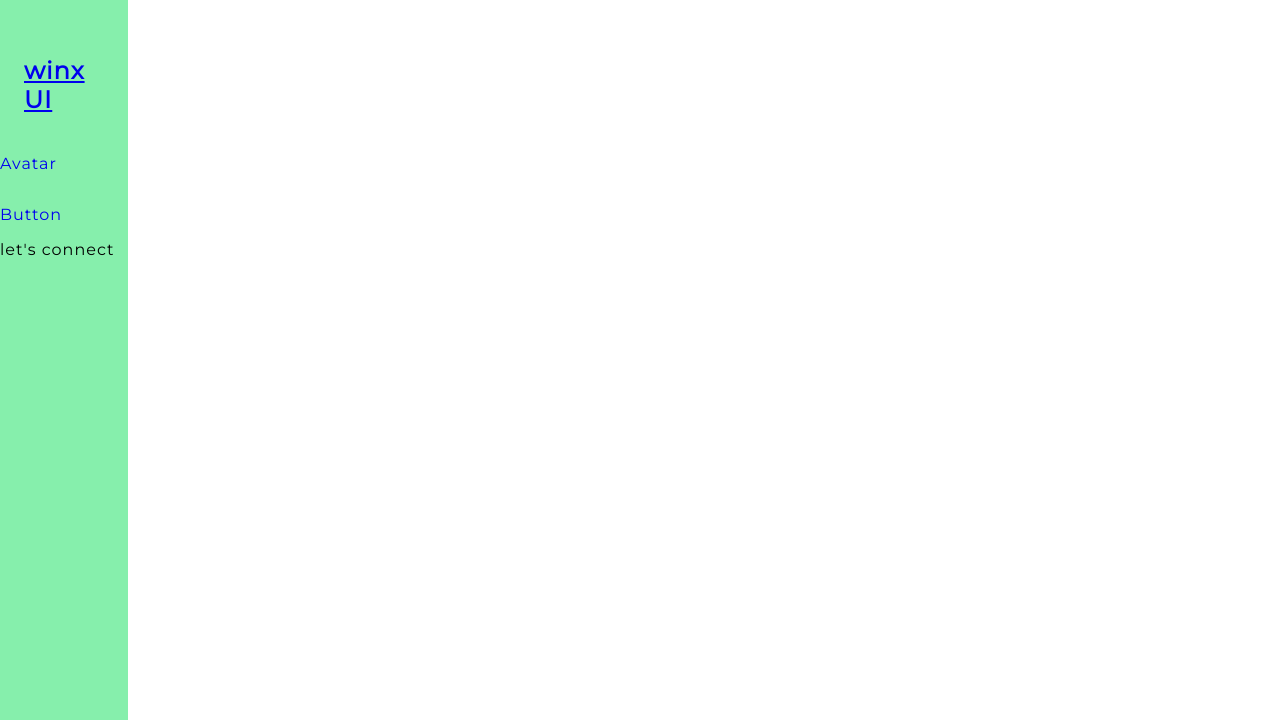
Repository: Anasooya2601/Components_UI
Page: main/main.html
The author's editor kept a copy of each file at every save. The page is drawn from the files as they stood at one save, then again after the next save.
The browser window is 1280 px wide. The pictures show the whole page.

Above is the page before, as saved 2022-02-12 01:03:19.

### main/main.html
<!DOCTYPE html>
<html lang="en">
<head>
    <meta charset="UTF-8">
    <meta http-equiv="X-UA-Compatible" content="IE=edge">
    <meta name="viewport" content="width=device-width, initial-scale=1.0">
    <title>main</title>
    <link rel="stylesheet" href="main.css">
</head>
<body>
    <!-- main -->
   <div class="main-container">
       <div class="navbar-wrapper">

           <div class="nav">
               <div class="navbar-header">
               <div class="logo">
                   <a href="/index.html"></a>
                </div>
               </div>
           </div>

       <!-- topics -->
       <a href="/main/main.html" class="text">winx UI</a>
       <div class="navbar-main">
           <a href="/components/Avatar/index.html">Avatar</a>
           <a href="/components/Button/button.html">Button</a>
       </div>
       <!-- footer -->
       <div class="footer">
           <div class="footer-text">
               <p>let's connect</p>
           </div>
       </div>
       </div>
   </div>
</body>
</html>

### main/main.css
@import url('https://fonts.googleapis.com/css2?family=Montserrat&display=swap');
*{
    margin: 0;
    padding: 0;
    box-sizing: border-box;
}

body{
    letter-spacing: 1px;
}

/* color variable */
:root{
    font-family: 'Montserrat', sans-serif;
    font-weight: 400;
    --main-color:#fca5a5;
    --green:#86efac;
}

/* logo */
.logo{
    display: flex;
    justify-content: center;
}

.logo a{
    color: var(--main-color);
    font-size: 2.5rem;
    display: flex;
    align-items: flex-end;
}




.main-container{
    display: flex;
}

.text{
    font-size: 1.5rem;
    margin: 1.5rem;
    font-weight: bold;
}
/* navbar */
.navbar-wrapper{
    width: 10%;
    height: 100vh;
    font-size: 1rem;
    flex-direction: column;
    overflow-y: scroll;
display: flex;
flex-shrink: 0;
background-color: var(--green);
}
.nav{
    display: flex;
    flex-direction: column;
}
.navbar-main{
    display: flex;
    flex-direction: column;
}
.navbar-main a{
  border-radius: 40px;
  padding: 1rem 0rem 1rem 0rem;
  letter-spacing: 1px;
  transition: 0.3s all ease-in-out;
  text-decoration: none;
}
.navbar-header{
    border-bottom: var(--main-color);
    padding: 1rem;
}

After the next save:
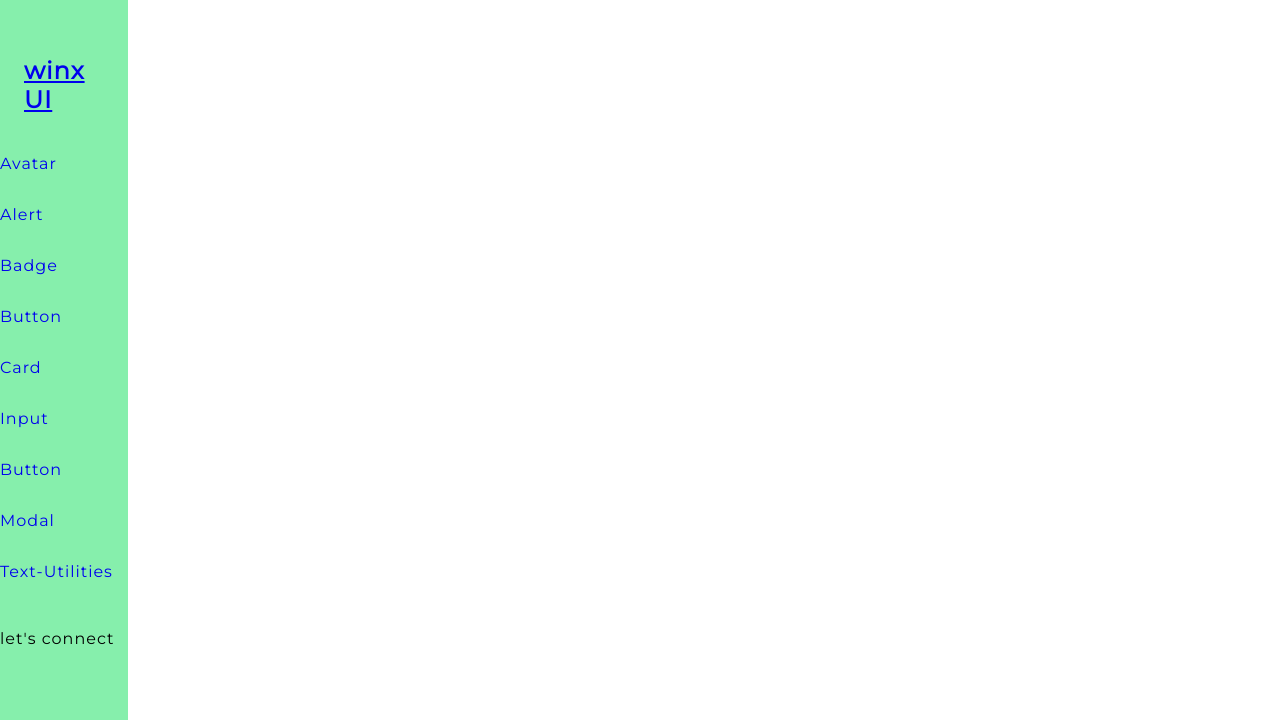
Saved 5 min 24 s later.
--- a/main/main.html
+++ b/main/main.html
@@ -24,7 +24,16 @@
        <a href="/main/main.html" class="text">winx UI</a>
        <div class="navbar-main">
            <a href="/components/Avatar/index.html">Avatar</a>
+           <a href="/components/Alert/alert.html">Alert</a>
+           <a href="/components/Badge/badge.html">Badge</a>
            <a href="/components/Button/button.html">Button</a>
+            <a href="/components/Card/card.html">Card</a>
+            <a href="/components/Image/image.html">Input</a>
+           <a href="/components/Input/input.html">Button</a>
+           <a href="/components/Modal/modal">Modal</a>
+           <a href="/components//TextUtilities/textutilities">Text-Utilities</a>
+           <a href="/components/Navigation/navigation"></a>
+
        </div>
        <!-- footer -->
        <div class="footer">
